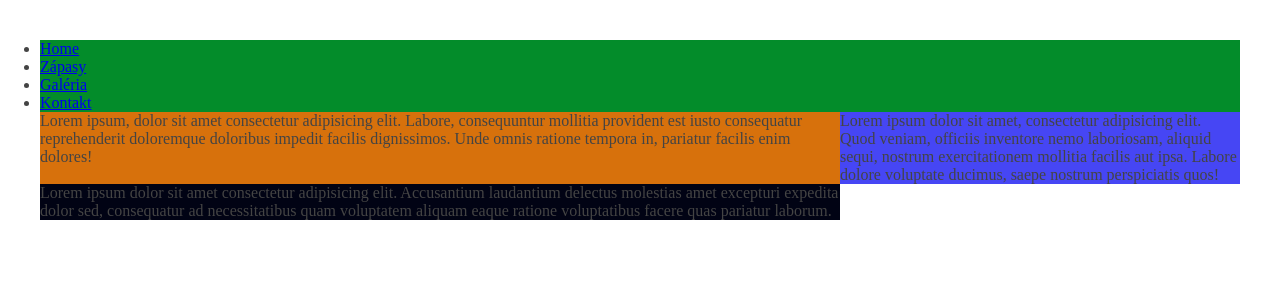
Repository: Badynko/tennis-website
Page: index.html
The author's editor kept a copy of each file at every save. The page is drawn from the files as they stood at one save, then again after the next save.
The browser window is 1280 px wide. The pictures show the whole page.

Above is the page before, as saved 2024-07-31 20:38:36.

### index.html
<!DOCTYPE html>
<html lang="en">
  <head>
    <meta charset="UTF-8" />
    <meta name="viewport" content="width=device-width, initial-scale=1.0" />
    <title>Výsledky zápasov 2024</title>
    <link rel="stylesheet" href="css/style.css" />
    <body>
      <div class="container">
        <header class="header">
          <nav>
            <ul class="menu">
              <li class="menu-item"><a href="#">Home</a></li>
              <li class="menu-item"><a href="#">Zápasy</a></li>
              <li class="menu-item"><a href="#">Galéria</a></li>
              <li class="menu-item"><a href="#">Kontakt</a></li>
            </ul>
          </nav>
        </header>
        <main class="main">
          Lorem ipsum, dolor sit amet consectetur adipisicing elit. Labore,
          consequuntur mollitia provident est iusto consequatur reprehenderit
          doloremque doloribus impedit facilis dignissimos. Unde omnis ratione
          tempora in, pariatur facilis enim dolores!
        </main>
        <aside class="aside">
          Lorem ipsum dolor sit amet, consectetur adipisicing elit. Quod veniam,
          officiis inventore nemo laboriosam, aliquid sequi, nostrum
          exercitationem mollitia facilis aut ipsa. Labore dolore voluptate
          ducimus, saepe nostrum perspiciatis quos!
        </aside>
        <footer class="footer">
          Lorem ipsum dolor sit amet consectetur adipisicing elit. Accusantium
          laudantium delectus molestias amet excepturi expedita dolor sed,
          consequatur ad necessitatibus quam voluptatem aliquam eaque ratione
          voluptatibus facere quas pariatur laborum.
        </footer>
      </div>
    </body>
  </head>
  <body></body>
</html>

### css/style.css
* {
  margin: 0;
  padding: 0;
  box-sizing: border-box;
}

body {
  margin: 40px;
}

.container {
  display: grid;
  grid-gap: 0;
  grid-template-columns: 2fr 1fr;
  background-color: #fff;
  color: #444;
}

.header {
  grid-column: 1 / 3;
  background-color: #038c2a;
}

.main {
  grid-column: 1 / 2;
  background-color: #d7710c;
}

.aside {
  background-color: #4646f4;
}

.footer {
  background-color: #010314;
}

After the next save:
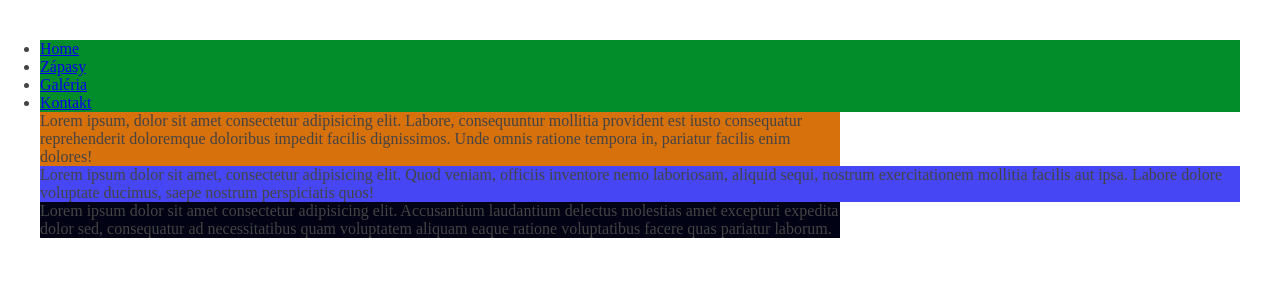
Saved 16 s later.
--- a/css/style.css
+++ b/css/style.css
@@ -27,6 +27,7 @@
 }
 
 .aside {
+  grid-column: 1 / 3;
   background-color: #4646f4;
 }
 

After the save that followed:
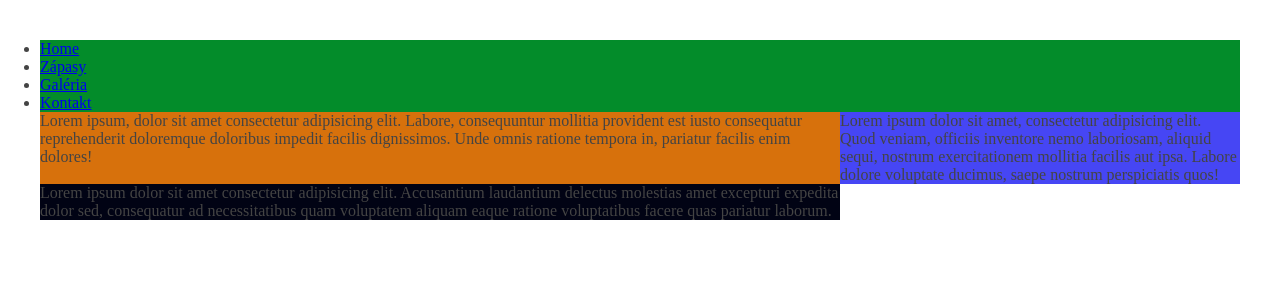
Saved 8 s later.
--- a/css/style.css
+++ b/css/style.css
@@ -27,7 +27,7 @@
 }
 
 .aside {
-  grid-column: 1 / 3;
+  grid-column: 2 / 3;
   background-color: #4646f4;
 }
 
